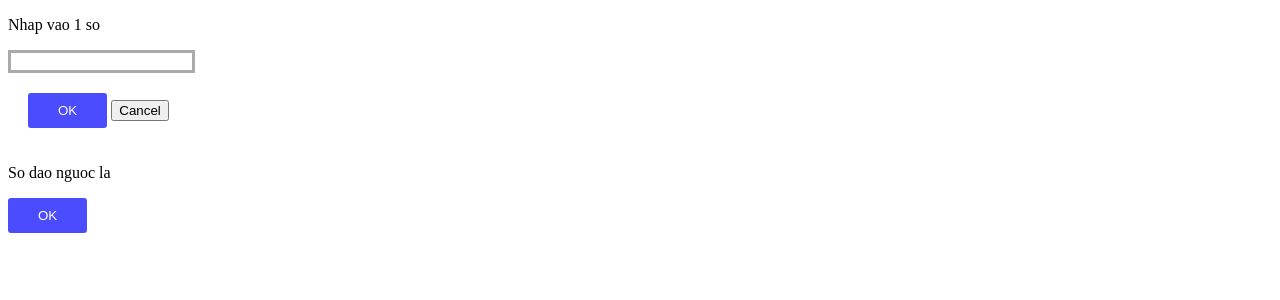
Repository: lhggiang/Sodaonguoc
Page: index.html
These files come from the project's save history. The page is drawn as it stood at one moment and after the next save; the edit follows.
The browser window is 1280 px wide. The pictures show the whole page.

Above is the page before, as saved 2023-05-19 06:55:50.

### index.html
<!DOCTYPE html>
<html lang="en">

<head>
    <meta charset="UTF-8">
    <meta http-equiv="X-UA-Compatible" content="IE=edge">
    <meta name="viewport" content="width=device-width, initial-scale=1.0">
    <link rel="stylesheet" href="./style.css">
    <title>Document</title>
</head>

<body>
    <div class="sodaonguoc">
        <p>Nhap vao 1 so</p>
        <input type="number" id="num">
        <div class="btn">
            <button id="yes" class="ok">OK</button>
            <button>Cancel</button>
        </div>
        <p>So dao nguoc la <span id="result"></span></p>
        <button class="ok">OK</button>
    </div>

    <script src="./javascript.js"></script>
</body>

</html>

### style.css
#num {
  border: 3px solid #aaa;
}

.btn {
  /* display: flex; */
  /* justify-content: flex-end; */
  padding: 20px;
}

.ok {
  background: rgba(0, 0, 255, 0.7);
  padding: 10px 30px;
  color: white;
  border-radius: 3px;
  border: none;
}

### javascript.js
//So dao nguoc
//C1:
document.getElementById("yes").onclick = function () {
  let num = parseInt(document.getElementById("num").value);
  let res = 0;
  while (num > 0) {
    res = res * 10 + (num % 10);
    num = parseInt(num / 10);
  }
  let result = document.getElementById("result");
  result.innerHTML = res;
};

After the next save:
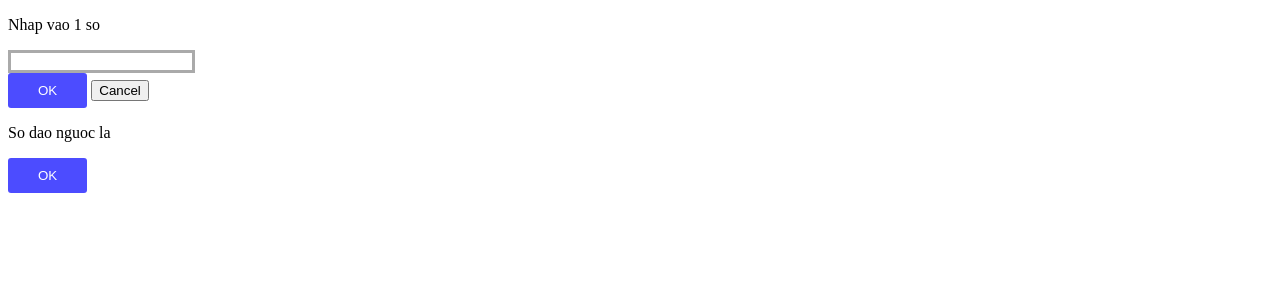
Saved 19 s later.
--- a/style.css
+++ b/style.css
@@ -5,7 +5,6 @@
 .btn {
   /* display: flex; */
   /* justify-content: flex-end; */
-  padding: 20px;
 }
 
 .ok {
